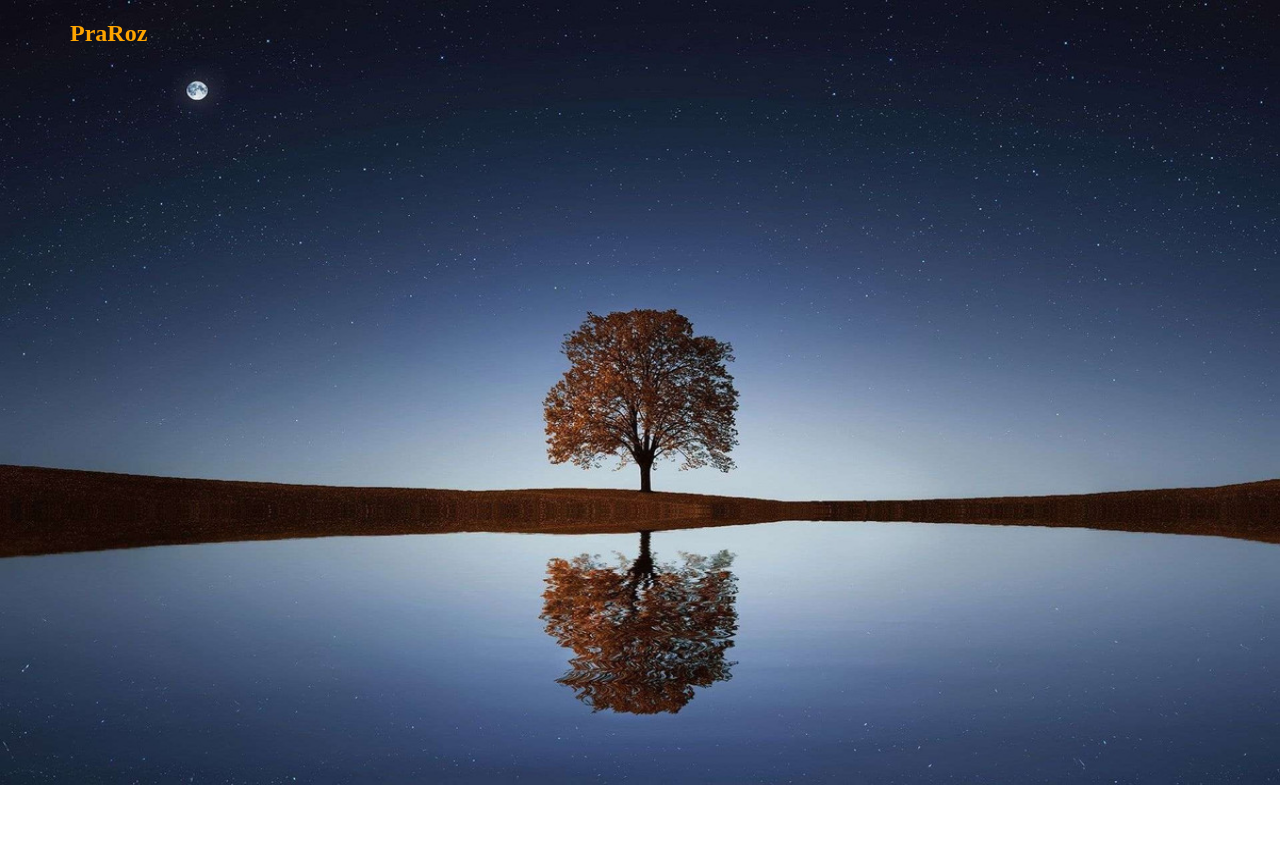
Repository: HuynhDuc23/project3
Page: index.html
The author's editor kept a copy of each file at every save. The page is drawn from the files as they stood at one save, then again after the next save.
The browser window is 1280 px wide. The pictures show the whole page.

Above is the page before, as saved 2023-05-03 15:34:18.

### index.html
<html lang="en">
<head>
    <meta charset="UTF-8">
    <meta http-equiv="X-UA-Compatible" content="IE=edge">
    <meta name="viewport" content="width=device-width, initial-scale=1.0">
    <link rel="stylesheet" href="https://cdnjs.cloudflare.com/ajax/libs/font-awesome/6.4.0/css/all.min.css" integrity="sha512-iecdLmaskl7CVkqkXNQ/ZH/XLlvWZOJyj7Yy7tcenmpD1ypASozpmT/E0iPtmFIB46ZmdtAc9eNBvH0H/ZpiBw==" crossorigin="anonymous" referrerpolicy="no-referrer" />
    <link rel="stylesheet" href="style.css">
    <link rel="stylesheet" href="img/Project3.png">
    <title>Document</title>
</head>
<body>
    <div class="main">
    <img src="img/Project3.png" alt="" class="main--img">
        <div class="navbar">
            <div class="icon">
                <h2 class="logo">PraRoz</h2>
            </div>

        </div>
    </div>
</body>
</html>

### style.css
* {
    margin: 0;
    padding: 0;
}
.main--img {
    width: 100%;
    background: linear-gradient(to top , rgba(0,0,0,0),rgba(0,0,0,0.5) );
    background-position: center;
    background-size: cover;
    background-repeat: no-repeat;
    height: 109vh;
    position: relative;
}
.navbar
{
    width: 1200px;
    height: 75px;
    margin: auto;
}
.icon {
    width: 200px;
    float: left;
    height: 70px;
    position: absolute;
    left: 70px;
    top: 20px;
}
.logo {
    color: orange;
}

After the next save:
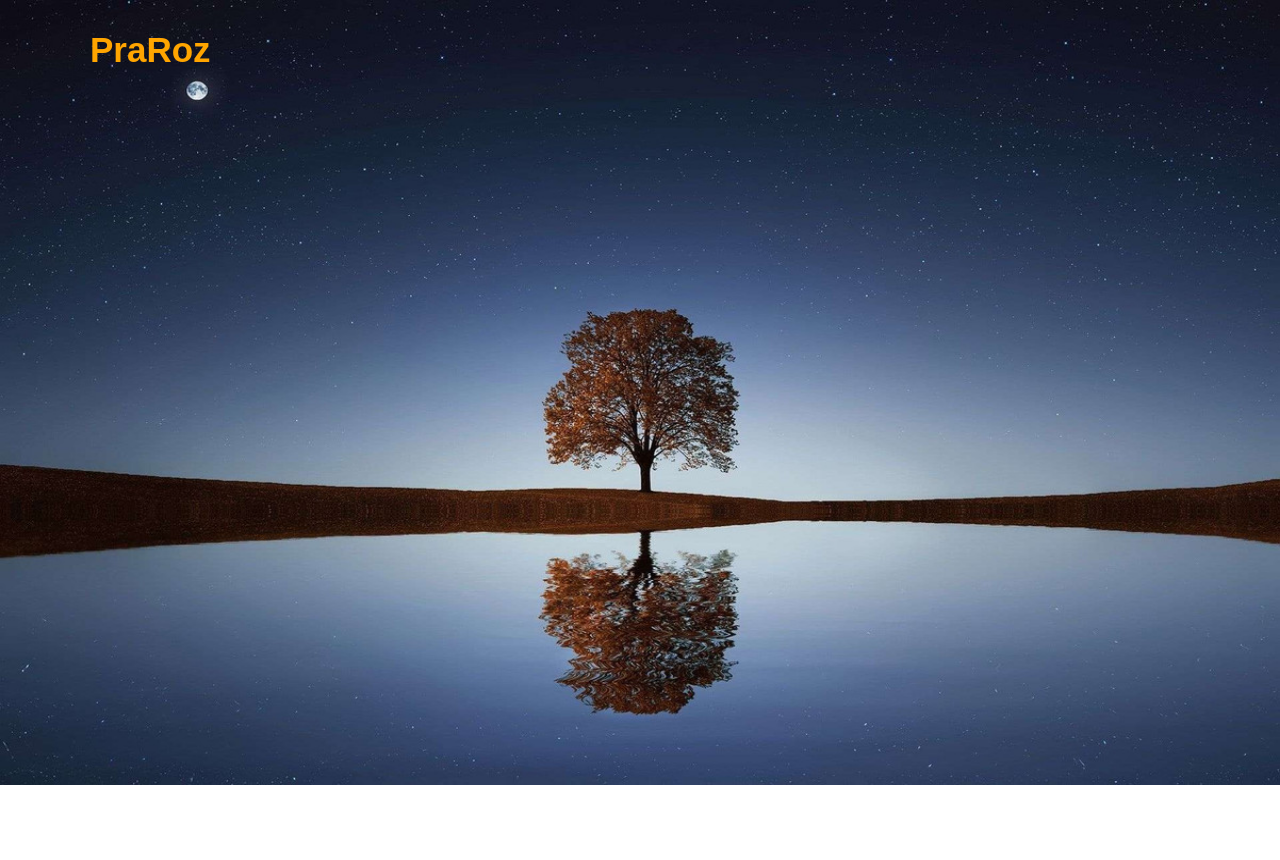
Saved 71 s later.
--- a/style.css
+++ b/style.css
@@ -27,4 +27,9 @@
 }
 .logo {
     color: orange;
+    font-size: 35px;
+    font-family: Arial, Helvetica, sans-serif;
+    padding-left: 20px;
+    float: left;
+    padding-top: 10px;
 }
